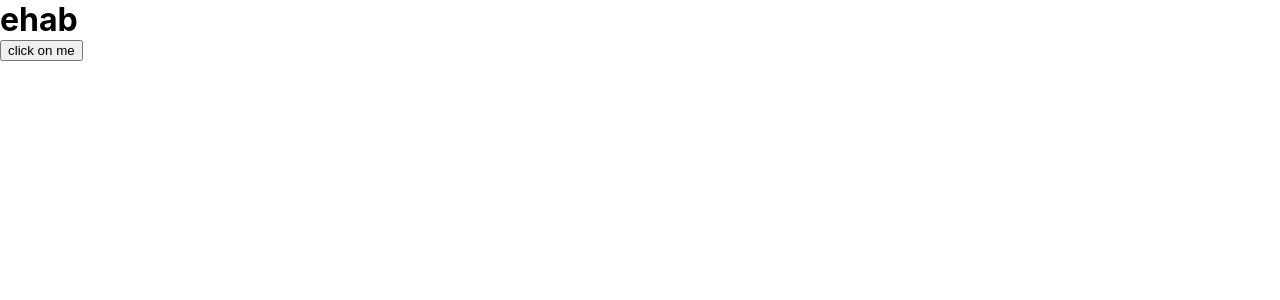
Repository: ehabmelhem/Demotweet-app
Page: /
An editor plug-in stored every save of this project. The page is shown before and after the next save, followed by the edit.
The browser window is 1280 px wide. The pictures show the whole page.
The project was rebuilt for these pictures with package versions that can differ from the ones it lists, and the page was loaded fresh each time.

Above is the page before, as saved 2021-01-22 20:13:10.

### src/index.js
import React from "react";
import ReactDOM from "react-dom";
import "./index.css";
import Good from "./App";
import reportWebVitals from "./reportWebVitals";

ReactDOM.render(
  <React.StrictMode>
    <Good />
  </React.StrictMode>,
  document.getElementById("root")
);

// If you want to start measuring performance in your app, pass a function
// to log results (for example: reportWebVitals(console.log))
// or send to an analytics endpoint. Learn more: https://bit.ly/CRA-vitals
reportWebVitals();

### src/App.js
import { useState } from "react";
import "./App.css";

export default function Good() {
  const [h1_value, setHvalue] = useState("ehab");
  const handel_click = () => {
    if (h1_value === "ehab") setHvalue("melhem");
    else setHvalue("ehab");
  };
  return (
    <div className="app">
      <h1>{h1_value}</h1>
      <button onClick={handel_click}>click on me</button>
    </div>
  );
}

### src/App.css
.app {
  width: fit-content;
  margin: 0 aout;
}

Loaded but not shown: public/index.html (common file); src/index.css (common file); src/reportWebVitals.js (common file)

After the next save:
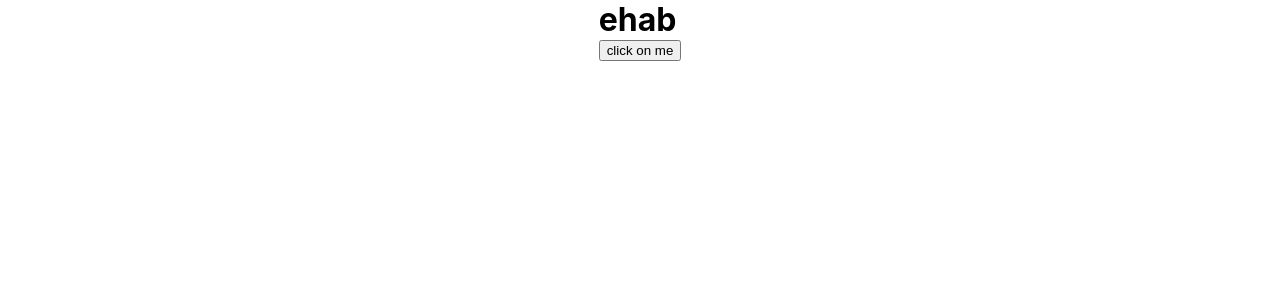
Saved 10 s later.
--- a/src/App.css
+++ b/src/App.css
@@ -1,4 +1,4 @@
 .app {
   width: fit-content;
-  margin: 0 aout;
+  margin: 0 auto;
 }
